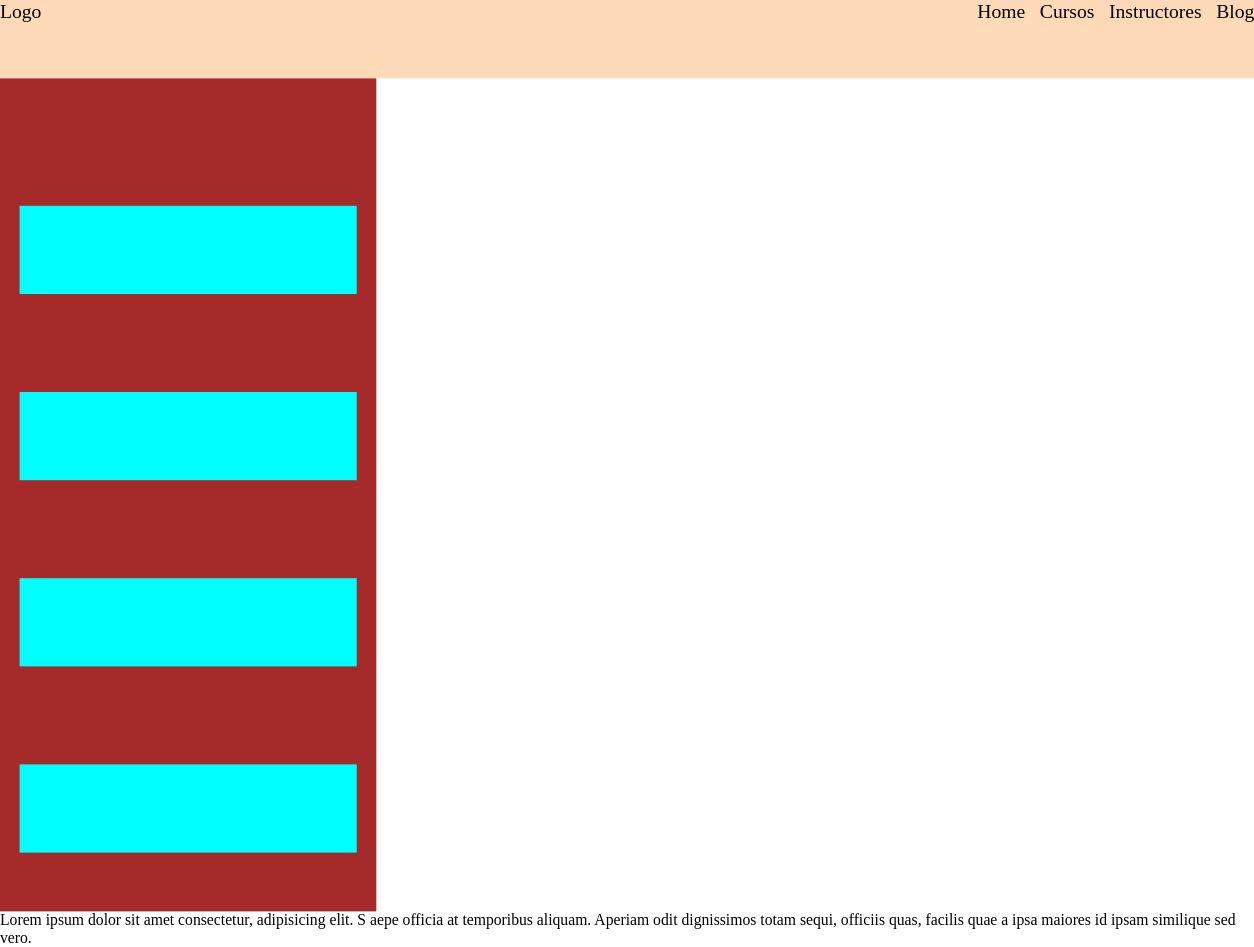
Repository: Daniel009980/daniel0099980
Page: desafiolayout1/index.html
An editor plug-in stored every save of this project. The page is shown before and after the next save, followed by the edit.
The browser window is 1280 px wide. The pictures show the whole page, at 98% of full size.

Above is the page before, as saved 2022-09-21 20:00:29.

### desafiolayout1/index.html
<!DOCTYPE html>
<html lang="en">
<head>
    <meta charset="UTF-8">
    <meta http-equiv="X-UA-Compatible" content="IE=edge">
    <meta name="viewport" content="width=device-width, initial-scale=1.0">
    <title>Desafio layout 1</title>
    <link rel="stylesheet" href="./style.css">
</head>
<body>
    <header class="cabeza">
    <p>Logo</p>
        <ul class="nav">
            <li>Home</li>
            <li>Cursos</li>
            <li>Instructores</li>
            <li>Blog</li>
        </ul>
    </header>
<section class="cosas">
    <ul class="ad">
        <li></li>
        <li></li>
        <li></li>
        <li></li>
    </ul>
</section>
<section class="parraf">
    <p>Lorem ipsum dolor sit amet consectetur, adipisicing elit. S
        aepe officia at temporibus aliquam. Aperiam odit dignissimos totam sequi,
         officiis quas, facilis quae a ipsa maiores id ipsam similique
          sed vero.</p>
</section>
</body>
</html>

### desafiolayout1/style.css
*{
    box-sizing: border-box;
    margin: 0;
    padding: 0;
}

.nav li{
    display: inline-block;
    padding-left: 10px;

}

.cabeza p{
    display: inline-block;
    font-size: 20px;

}

.cabeza{
    background-color: peachpuff;
    height: 80px;
    display: flex;
    justify-content: space-between;
    flex-wrap: wrap;
}
.nav {
    list-style: none;
    font-size: 20px;
    /* text-align: right; */
}

.cosas{
    display: flex;
}

.parraf{
    display: flex;
}
.ad{
    width: 30%;
    background-color: brown;
    padding-top: 50px;
    height: 850px;
    display: flex;
    flex-direction: column;
    list-style: none;
}

.ad li{
    background-color: aqua;
    margin: 20px;
    margin-top: 80px;
    height: 90px;
}

After the next save:
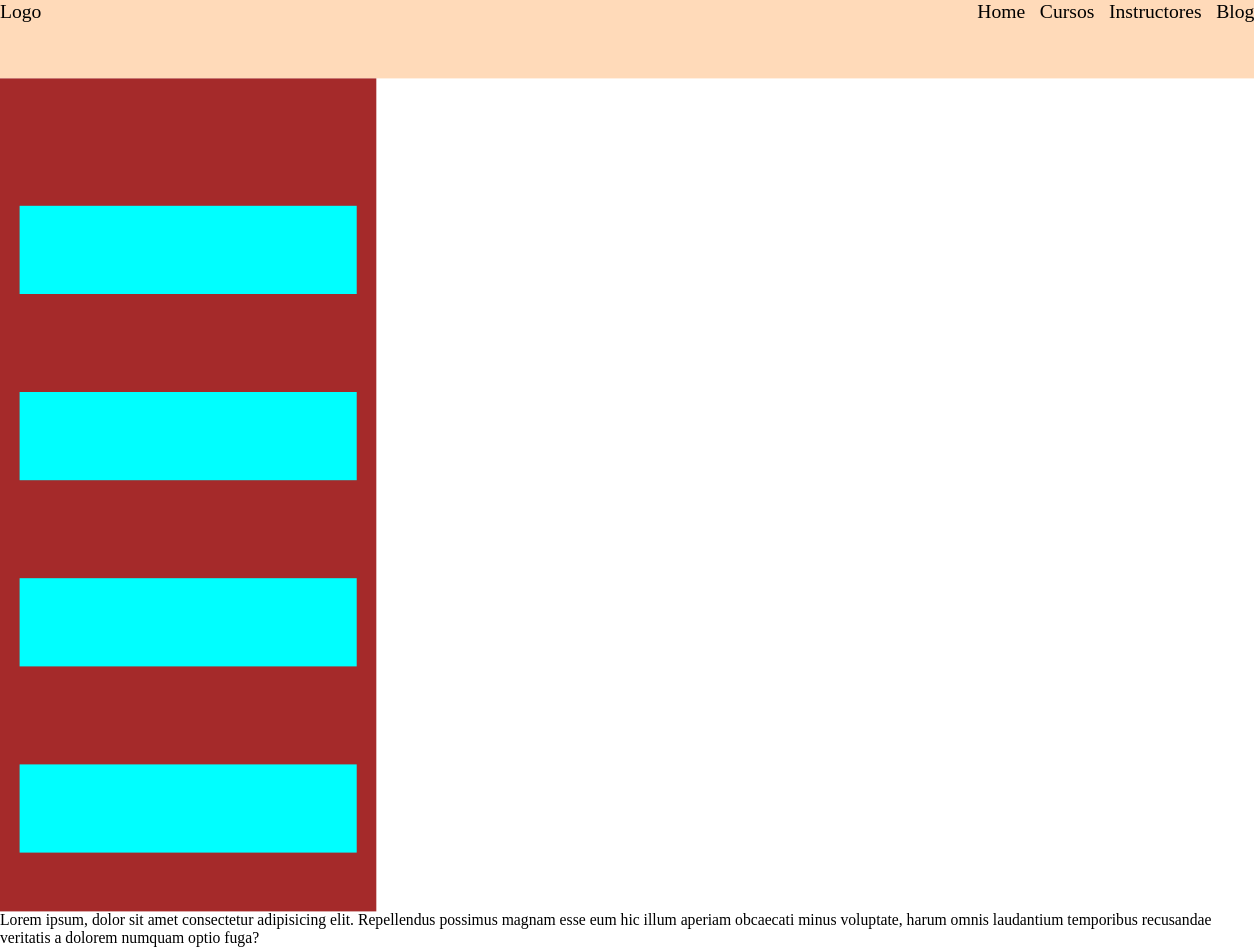
Saved 25 s later.
--- a/desafiolayout1/index.html
+++ b/desafiolayout1/index.html
@@ -26,10 +26,9 @@
     </ul>
 </section>
 <section class="parraf">
-    <p>Lorem ipsum dolor sit amet consectetur, adipisicing elit. S
-        aepe officia at temporibus aliquam. Aperiam odit dignissimos totam sequi,
-         officiis quas, facilis quae a ipsa maiores id ipsam similique
-          sed vero.</p>
+    <span>Lorem ipsum, dolor sit amet consectetur adipisicing elit. Repellendus possimus
+        magnam esse eum hic illum aperiam obcaecati minus voluptate, harum omnis laudantium
+        temporibus recusandae veritatis a dolorem numquam optio fuga?</span>
 </section>
 </body>
 </html>
